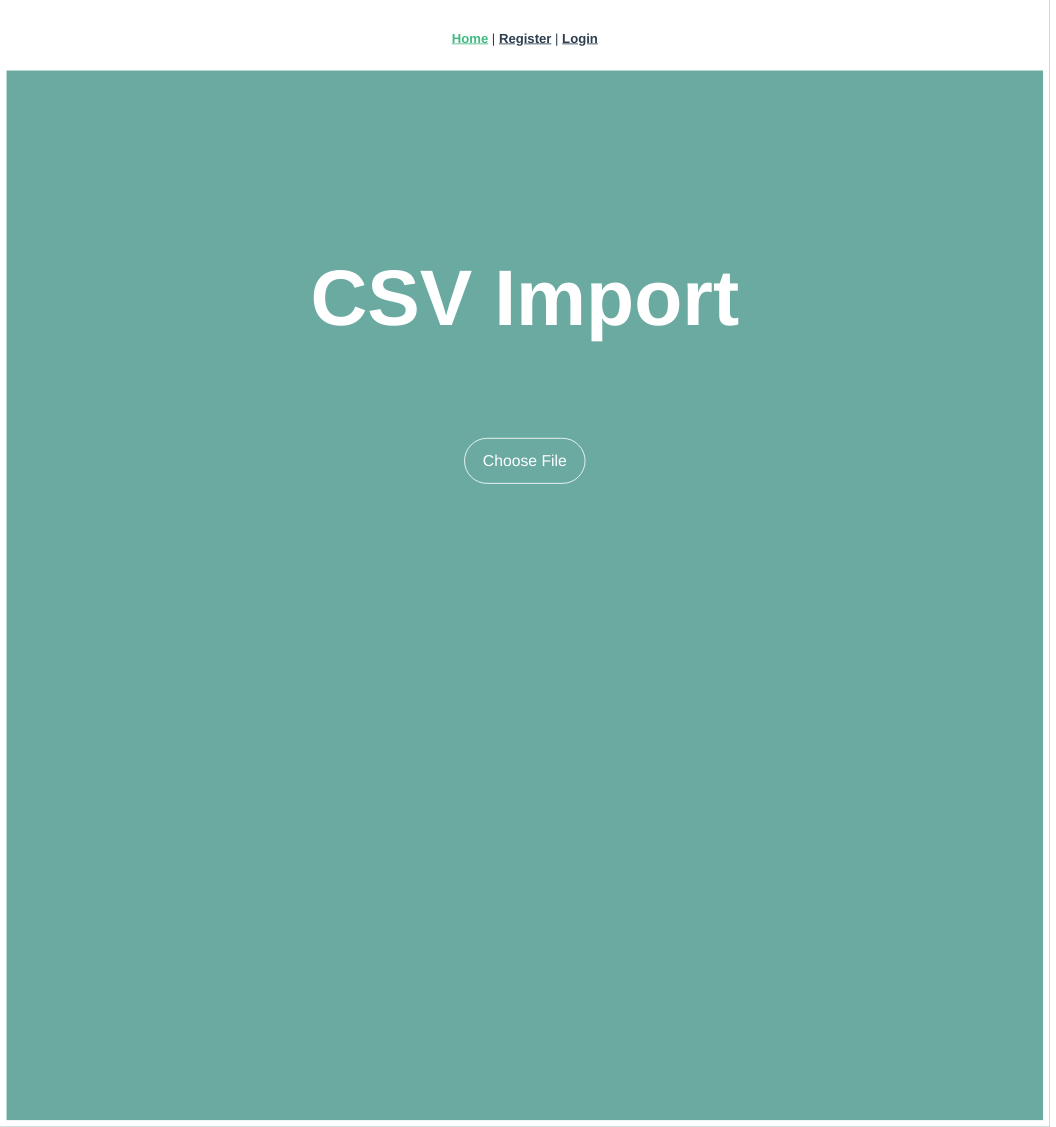
Repository: Flypr/licentaCSV
Page: /
An editor plug-in stored every save of this project. The page is shown before and after the next save, followed by the edit.
The browser window is 1280 px wide. The page is 1280 px wide, then 1288 px, so the pictures cover 1288 px, including what lies to the right of the window. The pictures show the whole page, at 82% of full size.
The project was rebuilt for these pictures with package versions that can differ from the ones it lists, and the page was loaded fresh each time.

Above is the page before, as saved 2021-03-16 18:04:42.

After the next save:
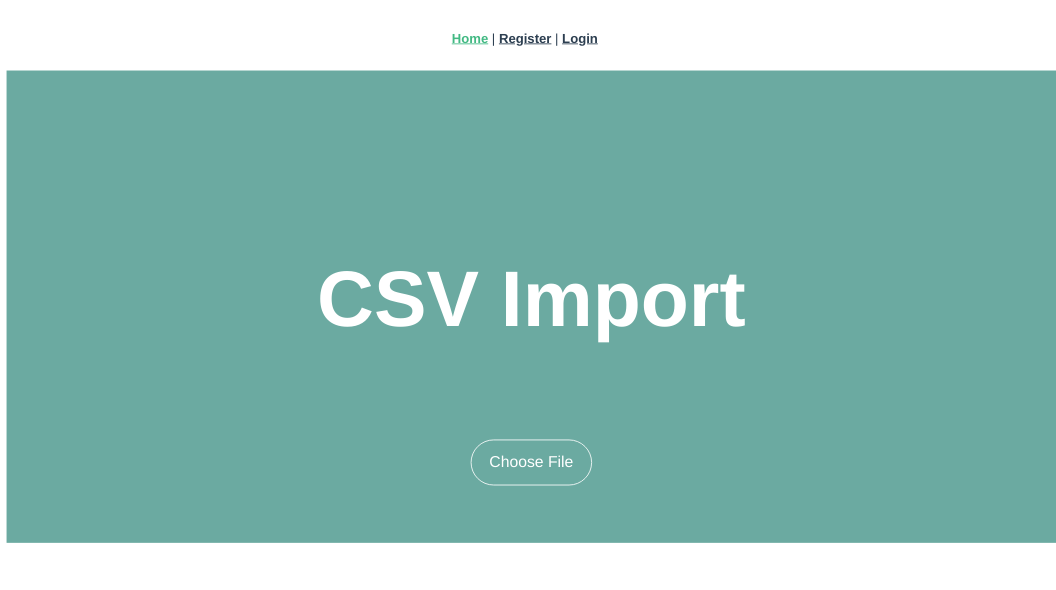
Saved 13 s later.
--- a/src/views/Home.vue
+++ b/src/views/Home.vue
@@ -120,8 +120,8 @@ html, body {
 }
 
 .container {
-  /* width: 100vw; */
-  height: 100vw;
+  width: 100vw;
+  /* height: 100vw; */
   background-color: #6baaa1;
 }
 
